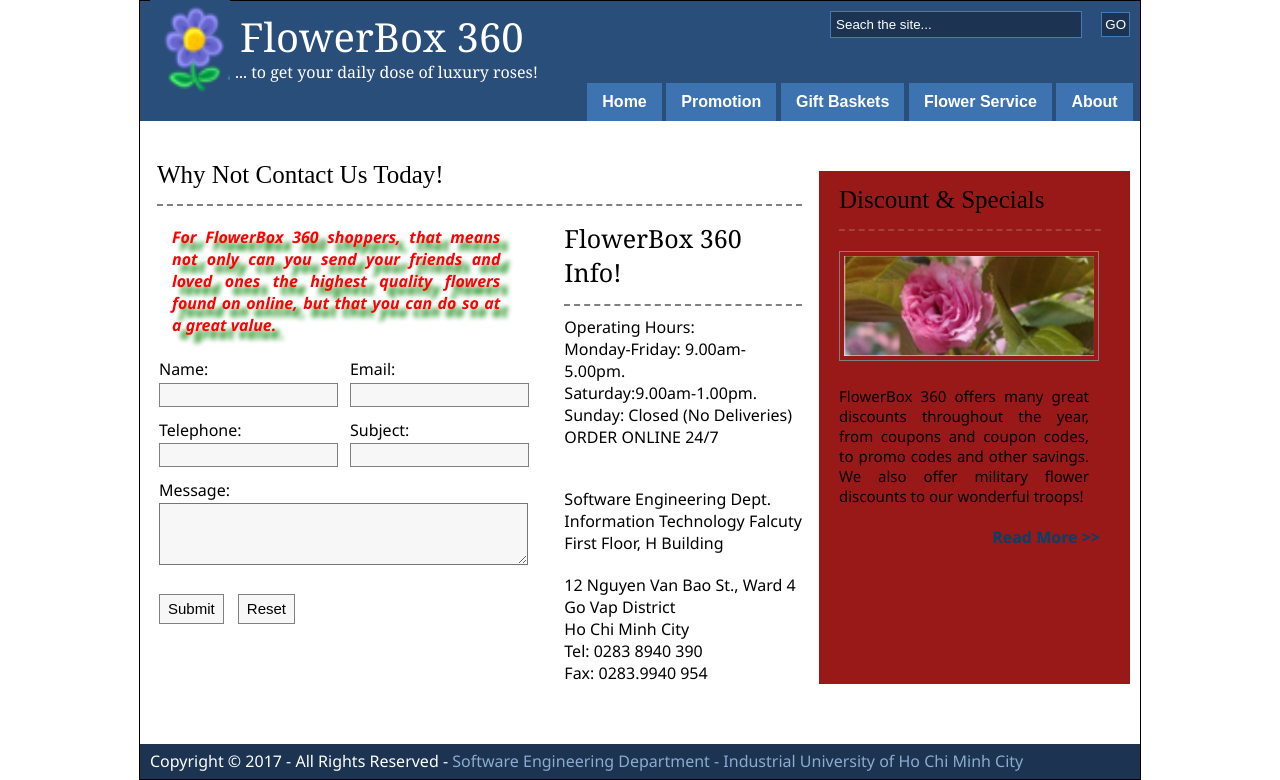
Repository: thu1365/BTKT_WEB
Page: HTML/btkt.html
An editor plug-in stored every save of this project. The page is shown before and after a run of saves, followed by the edit.
The browser window is 1280 px wide. The pictures show the whole page.

Above is the page before, as saved 2023-03-11 21:41:32.

### HTML/btkt.html
<!DOCTYPE html>
<html lang="en">

<head>
    <meta charset="UTF-8">
    <meta http-equiv="X-UA-Compatible" content="IE=edge">
    <meta name="viewport" content="width=device-width, initial-scale=1.0">
    <title>21025781-Lê Minh Thư</title>
    <style>
        * {
            padding: 0;
            margin: 0 auto;
        }

        .wrapper {
            width: 1000px;
            background-color: #fff;
            border: 1px solid black;
        }

        header {
            position: relative;
            width: 1000px;
            height: 120px;
            background-color: #294e79;
            font-family: Georgia, 'Times New Roman', Times, serif;
        }

        .logo {
            position: relative;
            left: 10px;
            bottom: 15px;
            width: 80px;
            height: 130px;
        }

        .name1 {
            font-size: 40px;
            color: #fff;
            position: absolute;
            left: 100px;
            top: 8px;
        }

        .name2 {
            color: #fff;
            position: absolute;
            left: 95px;
            top: 60px;
        }

        #search1 {
            background-color: #1c3451;
            border: 1px solid #4579b7;
            color: #fff;
            margin-right: 15px;
            width: 250px;
            height: 25px;
        }

        #search1::placeholder {
            padding-left: 5px;
            color: #fff;
        }

        #search2 {
            background-color: #1c3451;
            border: 1px solid #4579b7;
            color: #fff;
            height: 25px;
            padding: 0 3px;
        }

        .search_form {
            position: absolute;
            top: 10px;
            right: 10px;
        }

        .nav {
            display: flex;
            width: 550px;
            position: absolute;
            bottom: 0px;
            right: 5px;
            font-family: Arial, Helvetica, sans-serif;
        }

        .nav_item {
            position: relative;
            padding: 10px 15px;
            background-color: #3d73b1;
        }

        .nav_item:hover {
            background-color: #8babd0;
        }

        .nav_item a {
            color: white;
            font-weight: bold;
            text-decoration: none;
        }

        .nav1 {
            display: none;
            position: absolute;
            top: 39px;
            left: 0px;
            width: 180px;
            height: 60px;
            background-color: #8babd0;
        }

        .nav2 {
            box-sizing: border-box;
            padding-left: 15px;
            line-height: 30px;
            height: 50%;
            border: 1px solid rgb(158, 196, 240);
            color: white;
        }

        .nav_item:hover .nav1 {
            display: block;
            background-color: #9bbbe0;
        }

        .nav2:hover {
            background-color: #edf6ff;
            cursor: pointer;
        }

        .container {
            font-family: 'Segoe UI', Tahoma, Geneva, Verdana, sans-serif;
            padding-bottom: 60px;
            width: 100%;
            display: flex;
        }

        .Left {
            display: flex;
            width: 70%;
            justify-content: space-between;
            flex-wrap: wrap;
        }

        .p1 {
            width: 55%;
        }

        .p2 {
            width: 35%;
        }

        .p3 {
            background-color: #991818;
            width: 30%;
            padding-left: 20px;
            margin-top: 50px;
            margin-right: 10px;
        }

        .Left1 {
            font-family: 'Times New Roman', Times, serif;
            width: 95%;
            padding: 40px 0px 15px 0px;
            font-size: 25px;
            border-bottom: 2px dashed gray;
        }

        .p1_1 {
            padding: 20px 30px 20px 15px;
            text-align: justify;
            color: red;
            font-style: italic;
            font-family: 'Segoe UI', Tahoma, Geneva, Verdana, sans-serif;
            text-shadow: 8px 8px 5px green;
        }

        table input {
            height: 22px;
            margin-right: 10px;
            margin-bottom: 10px;
            background-color: #f7f7f7;
            border: 1px solid gray;
        }

        table textarea {
            background-color: #f7f7f7;
        }

        .p1_sub {
            box-sizing: border-box;
            margin-top: 20px;
            height: 30px;
            font-size: 15px;
            padding: 0 8px;
            line-height: 28px;
            border: 1px solid gray;
        }

        .p2_1 {
            font-family: Georgia, 'Times New Roman', Times, serif;
            padding: 15px 0px 15px;
            width: 100%;
            font-size: 25px;
            border-bottom: 2px dashed gray;
        }

        .p2_2 {
            font-family: 'Segoe UI', Tahoma, Geneva, Verdana, sans-serif;
            padding: 10px 0 40px 0;
        }

        .p2_3 {
            font-family: 'Segoe UI', Tahoma, Geneva, Verdana, sans-serif;
        }

        .p2_4 {
            font-family: 'Segoe UI', Tahoma, Geneva, Verdana, sans-serif;
            padding-top: 20px;
        }

        .p3_1 {
            font-family: 'Times New Roman', Times, serif;
            padding: 15px 0px 15px;
            width: 90%;
            margin-right: 30px;
            font-size: 25px;
            border-bottom: 2px dashed rgb(163, 64, 64);
        }

        .p3_anh {
            width: 250px;
            height: 100px;
            padding: 4px;
            margin: 20px 0;
            border: 1px solid gray;
        }

        .p3_2 {
            width: 250px;
            margin-right: 30px;
            float: left;
            text-align: justify;
            font-family: 'Segoe UI', Tahoma, Geneva, Verdana, sans-serif;
            font-size: 15px;
            display: block;
        }

        .p3_3 {
            color: #00436d;
            font-weight: bold;
            margin-right: 30px;
            float: right;
            padding-top: 20px;
            text-decoration: none;
        }

        footer {
            background-color: #1c3451;
            height: 35px;
        }

        #footer_1 {
            font-family: 'Segoe UI', Tahoma, Geneva, Verdana, sans-serif;
            padding-left: 10px;
            color: #8babd0;
            line-height: 35px;
        }

        #footer_1 .white {
            color: #fff;
        }
    </style>
</head>

<body>
    <div class="wrapper">
        <header>
            <img src="/IMAGE/AnhLogo.PNG" alt="" class="logo">
            <p class="name1">FlowerBox 360</p>
            <p class="name2">... to get your daily dose of luxury roses!</p>
            <form action="" class="search_form">
                <input type="text" name="" id="search1" placeholder="Seach the site...">
                <input id="search2" type="button" value="GO">
            </form>
            <div class="nav">
                <div class="nav_item"><a href="">Home</a></div>
                <div class="nav_item"><a href="">Promotion</a></div>
                <div class="nav_item"><a href="">Gift Baskets</a></div>
                <div class="nav_item"><a href="">Flower Service</a>
                    <div class="nav1">
                        <div class="nav2"><b>Flower for Wedding</b></div>
                        <div class="nav2"><b>Flower for Conference</b></div>

                    </div>
                </div>
                <div class="nav_item"><a href="">About</a></div>
            </div>
        </header>
        <div class="container">
            <div class="Left">
                <p class="Left1">Why Not Contact Us Today!</p>
                <div class="p1">
                    <p class="p1_1"><b>For FlowerBox 360 shoppers, that means not only can you send your friends and loved ones the highest quality flowers found on online, but that you can do so at a great value.</b></p>
                    <form action="" class="c1_form">
                        <table>
                            <tr>
                                <td><label for="name_ip">Name:</label></td>
                                <td><label for="mail_ip">Email:</label></td>
                            </tr>
                            <tr>
                                <td><input type="text" name="" id="name_ip"></td>
                                <td><input type="email" name="" id="mail_ip"></td>
                            </tr>
                            <tr>
                                <td><label for="tel_ip">Telephone:</label></td>
                                <td><label for="sub_ip">Subject:</label></td>
                            </tr>
                            <tr>
                                <td><input type="tel" name="" id="tel_ip"></td>
                                <td><input type="text" name="" id="sub_ip"></td>
                            </tr>
                            <tr>
                                <td colspan="2"><label for="mess_ip">Message:</label></td>
                            </tr>
                            <tr>
                                <td colspan="2"> <textarea name="" id="mess_ip" cols="44" rows="4"></textarea></td>
                            </tr>
                            <tr>
                                <tr>
                                    <td><input class="p1_sub" type="button" value="Submit"> <input class="p1_sub" type="button" value="Reset"></td>
                                </tr>
                            </tr>
                        </table>

                    </form>
                </div>
                <div class="p2">
                    <p class="p2_1">FlowerBox 360 Info!</p>
                    <p class="p2_2">Operating Hours: <br> Monday-Friday: 9.00am-5.00pm.<br> Saturday:9.00am-1.00pm.
                        <br> Sunday: Closed (No Deliveries)<br> ORDER ONLINE 24/7
                    </p>
                    <p class="p2_3">
                        Software Engineering Dept. <br> Information Technology Falcuty<br> First Floor, H Building
                    </p>
                    <p class="p2_4">
                        12 Nguyen Van Bao St., Ward 4<br> Go Vap District<br> Ho Chi Minh City<br> Tel: 0283 8940 390<br> Fax: 0283.9940 954
                    </p>


                </div>
            </div>
            <div class="p3">
                <p class="p3_1">Discount & Specials</p>
                <img src="/IMAGE/Hoa.jpg" alt="" class="p3_anh">
                <p class="p3_2">FlowerBox 360 offers many great discounts throughout the year, from coupons and coupon codes, to promo codes and other savings. We also offer military flower discounts to our wonderful troops!</p>
                <a class="p3_3" href="">Read More >></a>
            </div>
        </div>
        <footer>
            <p id="footer_1"><span class="white">Copyright © 2017 - All Rights Reserved -</span> Software Engineering Department - Industrial University of Ho Chi Minh City</p>
        </footer>
    </div>
</body>

</html>

After the next 7 saves:
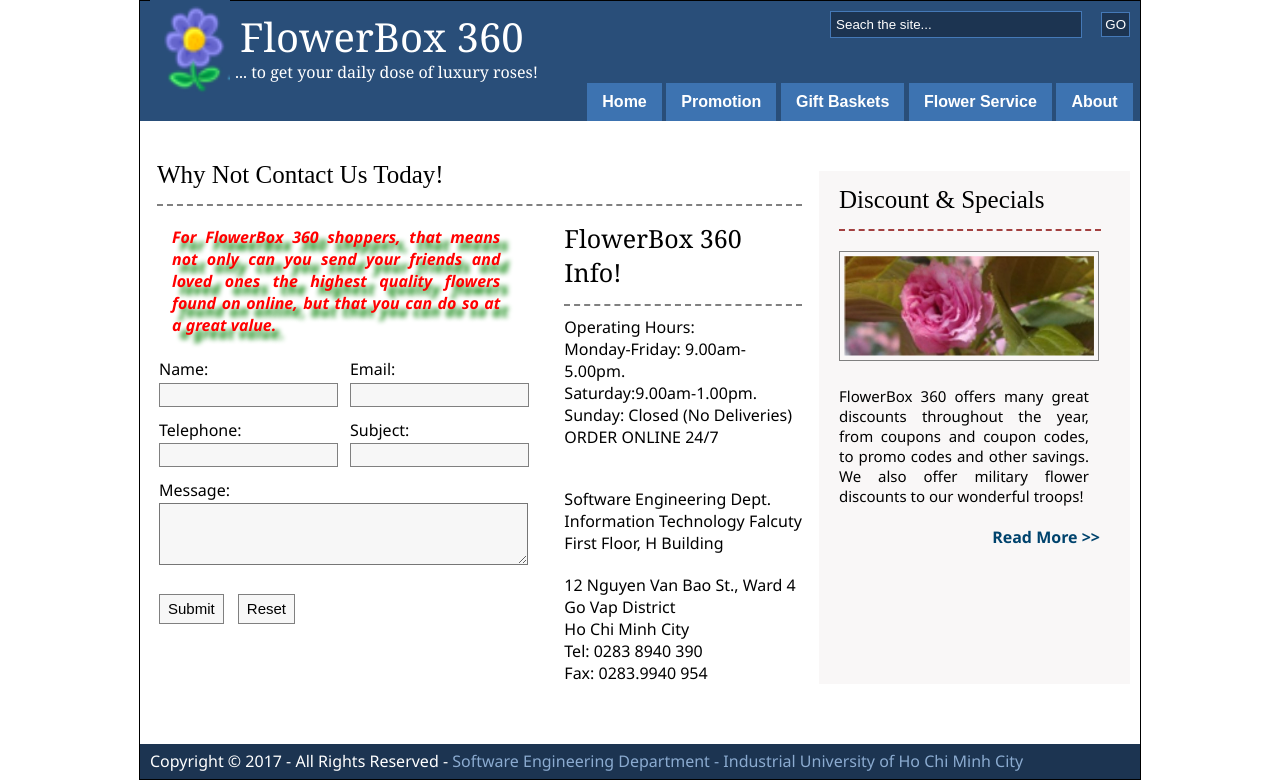
The 7 saves are shown as one change because they came seconds apart.
The last was saved 30 s later.
--- a/HTML/btkt.html
+++ b/HTML/btkt.html
@@ -154,7 +154,7 @@
         }
 
         .p3 {
-            background-color: #991818;
+            background-color: #f9f7f7;
             width: 30%;
             padding-left: 20px;
             margin-top: 50px;
